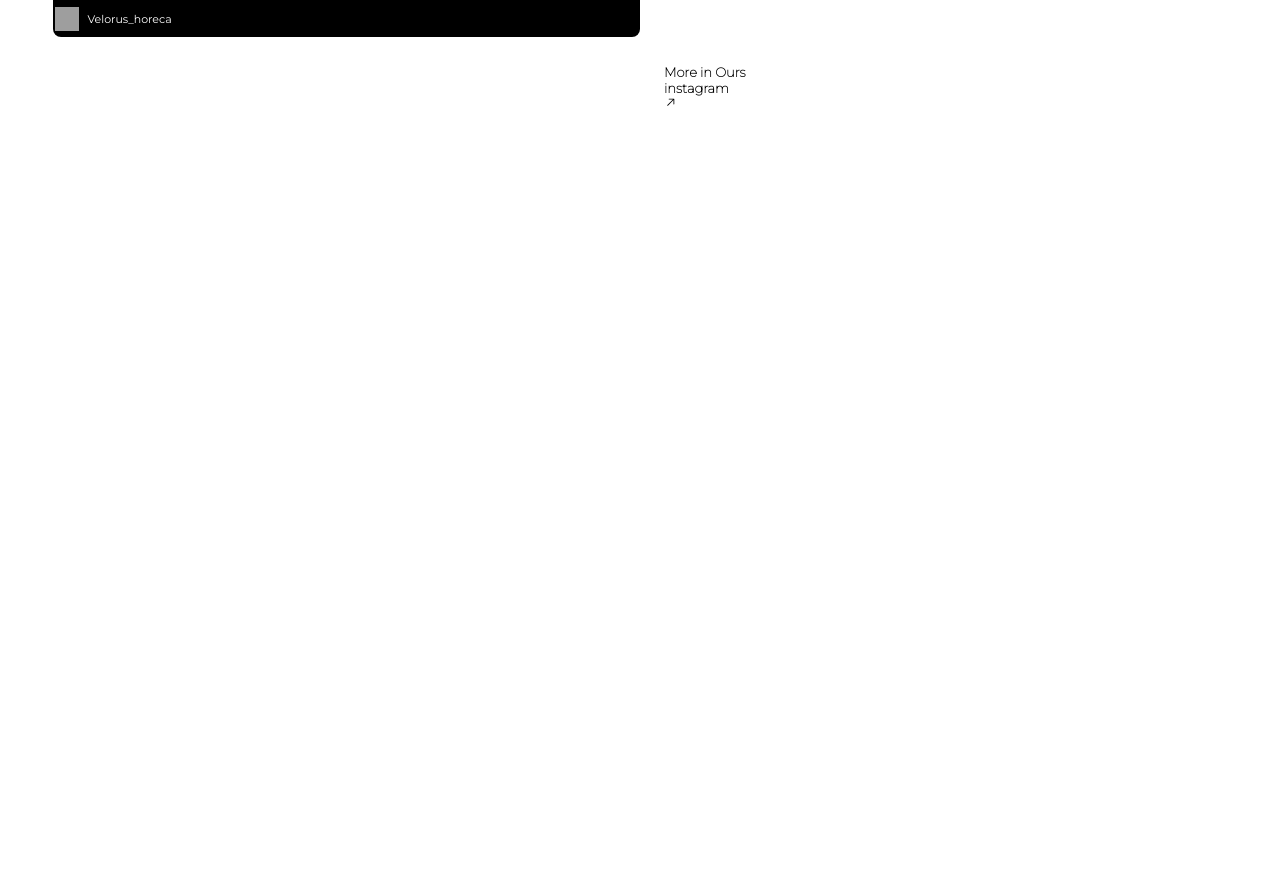
Repository: nikhilsinghrathore1/Shery_02
Page: /
The author's editor kept a copy of each file at every save. The page is drawn from the files as they stood at one save, then again after the next save.
The browser window is 1280 px wide. The pictures show the part of the page from y = 3430 to 4320 px (the page is 4320 px tall).
Pictures or frames that could not be fetched are drawn as grey boxes. The project was rebuilt for these pictures with package versions that can differ from the ones it lists, and the page was loaded fresh each time. Also part of the build but not shown: vite.config.js.

Above is the page before, as saved 2024-07-18 02:41:12.

After the next save:
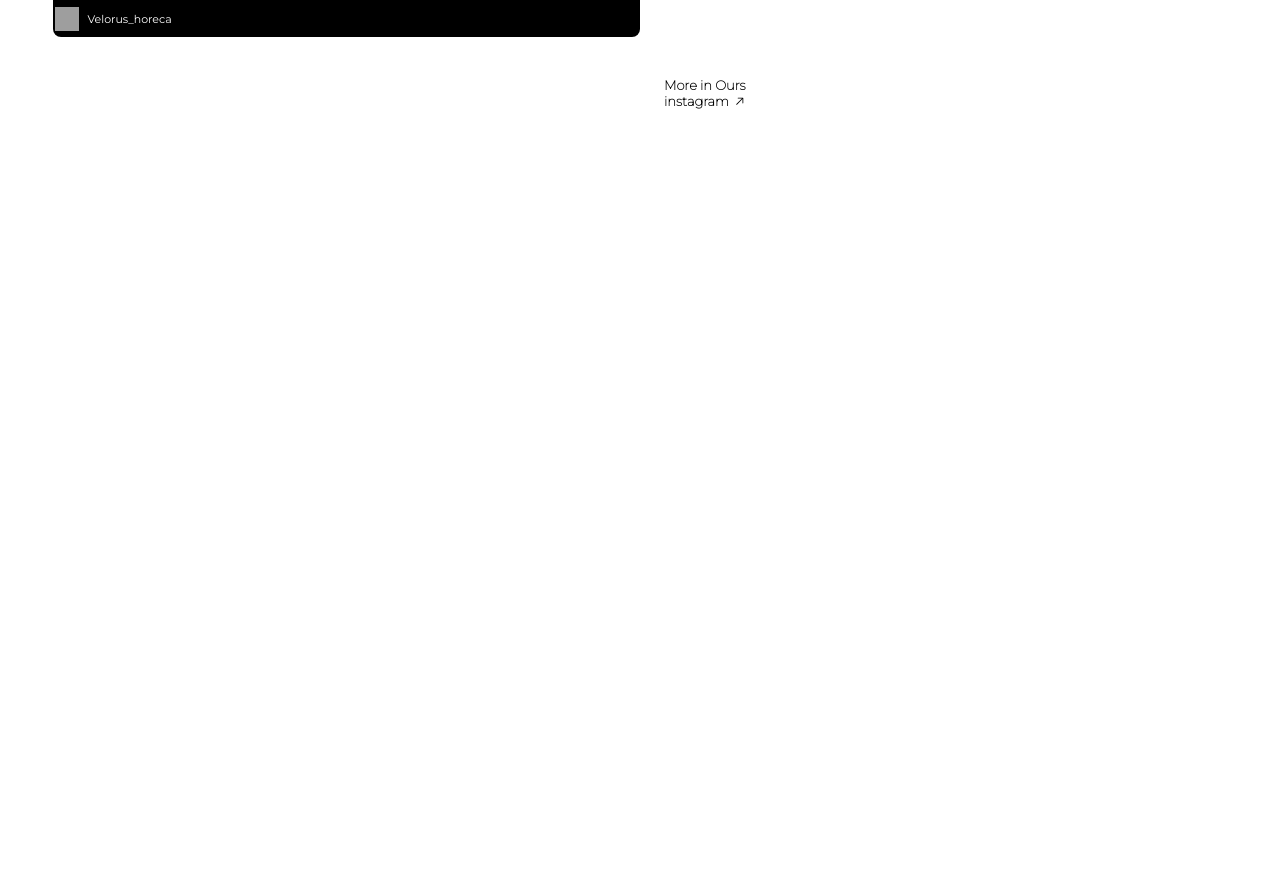
Saved 11 s later.
--- a/src/components/MoreInsta.jsx
+++ b/src/components/MoreInsta.jsx
@@ -5,7 +5,7 @@ const MoreInsta = () => {
   return (
     <div className=' leading-[16px] text-[13px] f4 font-semibold'>
                <p>More in Ours</p>
-               <p>instagram <span><GoArrowUpRight/></span></p>
+               <p className='flex items-center gap-1'>instagram <span><GoArrowUpRight/></span></p>
     </div>
   )
 }
